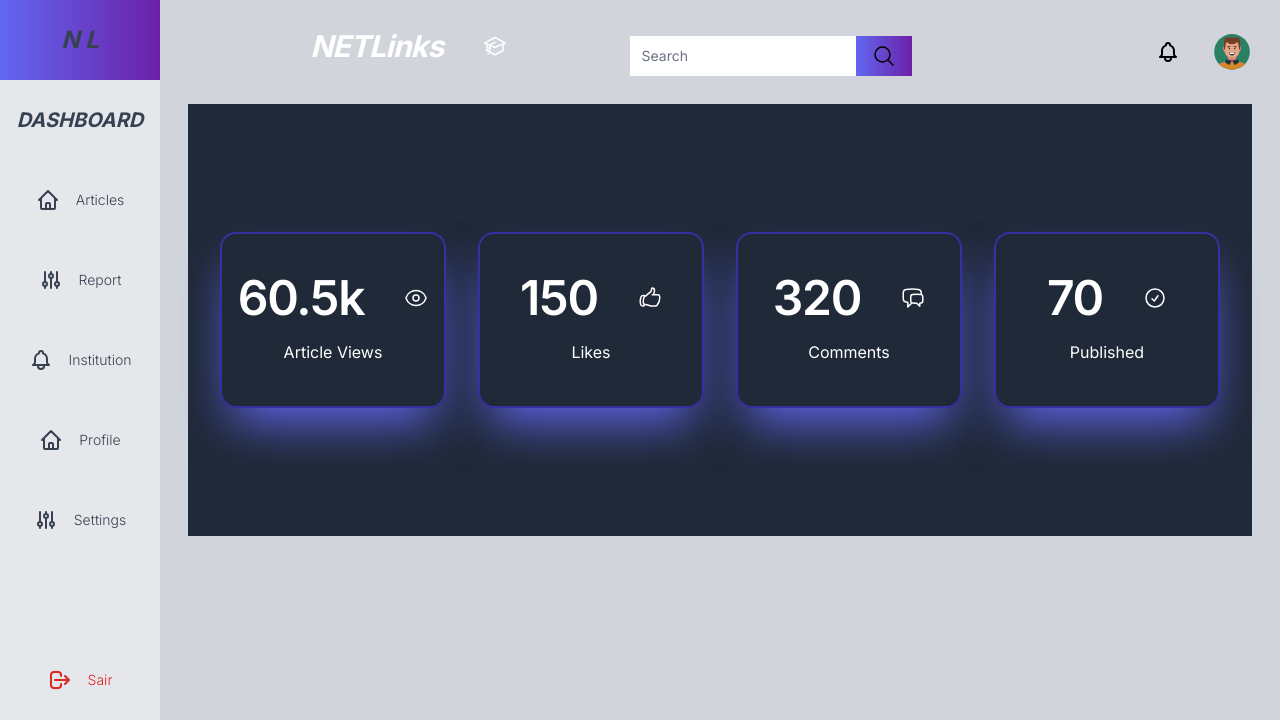
Repository: KennedyWanderson/AdminDashboard
Page: / (app in Code/admindashboard/)
These files come from the project's save history. The page is drawn as it stood at one moment and after the next save; the edit follows.
The browser window is 1280 px wide. The pictures show the whole page.
The project was rebuilt for these pictures with package versions that can differ from the ones it lists, and the page was loaded fresh each time. The framework's server and built-in components were replaced by stand-ins that run in the browser. Also part of the build but not shown: Code/admindashboard/next.config.mjs.

Above is the page before, as saved 2024-06-26 20:12:25.

### Code/admindashboard/src/app/layout.js
import { Inter } from "next/font/google";
import "./globals.css";

const inter = Inter({ subsets: ["latin"] });

export const metadata = {
  title: "Admin Dashboard",
  description: "Generated by Kennedy Wanderson",
};

export default function RootLayout({ children }) {
  return (
    <html lang="en">
      <body className={inter.className}>{children}</body>
    </html>
  );
}

### Code/admindashboard/src/app/page.js
import Layout from "@/components/Layout";

export default function Home() {
  return (
    <Layout>
      Content
    </Layout>
  )
}

### Code/admindashboard/src/components/Layout.jsx
"use client";

import { useState } from "react";
import Content from "./Content";
import Header from "./Header";
import LateralMenu from "./LateralMenu";
import HomePage from "./Home";


export default function Layout() {
    const [activeComponent, setActiveComponent] = useState("HomePage");

    const renderActiveComponent = () => {
        switch (activeComponent) {
            case "HomePage":
                return <HomePage />;
            default:
                return <HomePage />;
        }
    };

    return (
        <div className={`flex h-screen w-screen`}>
            <LateralMenu setActiveComponent={setActiveComponent} />
            <div className={`
                flex flex-col w-full p-7
                bg-gray-300 dark:bg-gray-800
            `}>
                <Header />
                <Content>
                    {renderActiveComponent()}
                </Content>
            </div>
        </div>
    );
}

### Code/admindashboard/src/components/Content.jsx
export default function Content({ children }) {
    return (
        <div className={`
            flex flex-col mt-7
            dark:text-gray-200
        `}>
            {children}
        </div>
    );
}

### Code/admindashboard/src/components/Header.jsx
import AvatarUsuario from "./UserAvatar";
import { IconeAcademic, IconeSearch, IconeSino } from "./icons";

export default function Header({ titulo, subtitulo }) {


    return (
        <div className={`flex`}>
            <div>
                <h1 className={`
                font-black text-3xl
                text-gray-900 dark:text-gray-100
            `}>
                    {titulo}
                </h1>
                <h2 className={`
                font-light text-sm
                dark:text-gray-300
            `}>
                    {subtitulo}
                </h2>
            </div>
            <header className="flex flex-grow justify-center text-white">
                <nav className=" justify-center" aria-label="Global">
                    <div className="hidden lg:flex lg:gap-x-12">
                        <a href="#" className="order-first text-xl font-bold flex items-center gap-10 italic tracking-tight text-white sm:text-3xl">NETLinks {IconeAcademic}</a>
                    </div>
                </nav>
            </header>

                <div className="relative mt-2 ">
                    <div className=" absolute inset-y-0 left-0 flex items-center pl-3">
                        <span className="text-gray-500 sm:text-sm">Search </span>
                    </div>
                    <input
                        type="text"
                        name="search"
                        id="search"
                        className="w-full rounded-none py-2 px-6"
                    >

                    </input>
                    <div className="absolute inset-y-0 px-4 right-0 flex items-center bg-gradient-to-r from-indigo-500 to-purple-800 cursor-pointer">
                        {IconeSearch}
                    </div>
                </div>


            <div className={`flex flex-grow justify-end items-center gap-8`}>

                {IconeSino}
                <AvatarUsuario />
            </div>
        </div>
    )
}

### Code/admindashboard/src/components/LateralMenu.jsx
"use client";

import MenuItem from "./ItemMenu";
import { IconeAjustes, IconeCasa, IconeSair, IconeSino } from "./icons";

export default function LateralMenu({ setActiveComponent }) {
    return (
        <aside className={`
            flex flex-col items-center
            bg-gray-200 text-gray-700
            dark:bg-gray-900
        `}>
            <div className={`
                flex flex-col items-center justify-center font-bold italic text-2xl
                bg-gradient-to-r from-indigo-500 to-purple-800
                h-20 w-40
            `}>
                N L
            </div>
            <div className="flex items-center justify-center w-full h-20 bg-">
                <h4 className="font-bold italic text-xl
                text-gradient-to-r from-indigo-500 to-purple-800
                ">DASHBOARD</h4>
            </div>

            <ul className="flex-grow">

                <MenuItem
                    texto="Articles"
                    icone={IconeCasa}
                    onClick={() => setActiveComponent('HomePage')}
                />
                <MenuItem
                    texto="Report"
                    icone={IconeAjustes}
                    onClick={() => setActiveComponent('Ajustes')}
                />
                <MenuItem
                    texto="Institution"
                    icone={IconeSino}
                    onClick={() => setActiveComponent('Notificacoes')}
                />
                                <MenuItem
                    texto="Profile"
                    icone={IconeCasa}
                    onClick={() => setActiveComponent('HomePage')}
                />
                <MenuItem
                    texto="Settings"
                    icone={IconeAjustes}
                    onClick={() => setActiveComponent('Ajustes')}
                />

            </ul>
            <ul>
                <MenuItem
                    texto="Sair"
                    icone={IconeSair}
                    className={`
                        text-red-600 dark:text-red-400
                        hover:bg-red-400 hover:text-white
                        dark:hover:text-white
                    `}
                />
            </ul>
        </aside>
    );
}

### Code/admindashboard/src/components/Home.jsx
import { IconeCheck, IconeComment, IconeEye, IconeLike } from "./icons";

export default function HomePage() {
    return (
        <div className="py-24 sm:py-32 bg-gray-800">
            <div className="mx-auto max-w-full px-6 lg:px-8">
                <dl className="grid grid-cols-1 gap-x-8 gap-y-16 text-center lg:grid-cols-4">
                    <div className="mx-auto flex items-center max-w-xs flex-col w-full border-2 rounded-2xl shadow-2xl shadow-indigo-500 p-10 border-indigo-800 gap-y-4">
                        <dt className="text-base leading-7 text-white">Article Views</dt>
                        <dd className="order-first flex items-center gap-10 text-3xl font-semibold tracking-tight text-white sm:text-5xl">60.5k {IconeEye}</dd>
                    </div>
                    <div className="mx-auto flex items-center max-w-xs flex-col w-full border-2 rounded-2xl shadow-2xl shadow-indigo-500 p-10 border-indigo-800 gap-y-4">
                        <dt className="text-base leading-7 text-white">Likes</dt>
                        <dd className="order-first text-3xl flex items-center gap-10 font-semibold tracking-tight text-white sm:text-5xl">150 {IconeLike}</dd>
                    </div>
                    <div className="mx-auto flex items-center max-w-xs flex-col w-full border-2 rounded-2xl shadow-2xl shadow-indigo-500 p-10 border-indigo-800 gap-y-4">
                        <dt className="text-base leading-7 text-white">Comments</dt>
                        <dd className="order-first text-3xl flex items-center gap-10 font-semibold tracking-tight text-white sm:text-5xl">320 {IconeComment}</dd>
                    </div>
                    <div className="mx-auto flex items-center max-w-xs flex-col w-full border-2 rounded-2xl shadow-2xl shadow-indigo-500 p-10 border-indigo-800 gap-y-4">
                        <dt className="text-base leading-7 text-white">Published</dt>
                        <dd className="order-first text-3xl flex items-center gap-10 font-semibold tracking-tight text-white sm:text-5xl">70 {IconeCheck}</dd>
                    </div>
                </dl>

                {/* <table className="table-auto w-full mt-8 text-white">
                    <thead>
                        <tr className="">
                            <th className="px-4 py-2 border">Song</th>
                            <th className="px-4 py-2 border">Artist</th>
                            <th className="px-4 py-2 border">Year</th>
                        </tr>
                    </thead>
                    <tbody>
                        <tr className="">
                            <td className="px-4 py-2 border">The Sliding Mr. Bones (Next Stop, Pottersville)</td>
                            <td className="px-4 py-2 border">Malcolm Lockyer</td>
                            <td className="px-4 py-2 border">1961</td>
                        </tr>
                        <tr className="">
                            <td className="px-4 py-2 border">Witchy Woman</td>
                            <td className="px-4 py-2 border">The Eagles</td>
                            <td className="px-4 py-2 border">1972</td>
                        </tr>
                        <tr className="">
                            <td className="px-4 py-2 border">Shining Star</td>
                            <td className="px-4 py-2 border">Earth, Wind, and Fire</td>
                            <td className="px-4 py-2 border">1975</td>
                        </tr>
                        <tr className="">
                            <td className="px-4 py-2 border">The Sliding Mr. Bones (Next Stop, Pottersville)</td>
                            <td className="px-4 py-2 border">Malcolm Lockyer</td>
                            <td className="px-4 py-2 border">1961</td>
                        </tr>
                        <tr className="">
                            <td className="px-4 py-2 border">Witchy Woman</td>
                            <td className="px-4 py-2 border">The Eagles</td>
                            <td className="px-4 py-2 border">1972</td>
                        </tr>
                        <tr className="">
                            <td className="px-4 py-2 border">Shining Star</td>
                            <td className="px-4 py-2 border">Earth, Wind, and Fire</td>
                            <td className="px-4 py-2 border">1975</td>
                        </tr>
                        <tr className="">
                            <td className="px-4 py-2 border">The Sliding Mr. Bones (Next Stop, Pottersville)</td>
                            <td className="px-4 py-2 border">Malcolm Lockyer</td>
                            <td className="px-4 py-2 border">1961</td>
                        </tr>
                        <tr className="">
                            <td className="px-4 py-2 border">Witchy Woman</td>
                            <td className="px-4 py-2 border">The Eagles</td>
                            <td className="px-4 py-2 border">1972</td>
                        </tr>
                        <tr className="">
                            <td className="px-4 py-2 border">Shining Star</td>
                            <td className="px-4 py-2 border">Earth, Wind, and Fire</td>
                            <td className="px-4 py-2 border">1975</td>
                        </tr>
                        <tr className="">
                            <td className="px-4 py-2 border">The Sliding Mr. Bones (Next Stop, Pottersville)</td>
                            <td className="px-4 py-2 border">Malcolm Lockyer</td>
                            <td className="px-4 py-2 border">1961</td>
                        </tr>
                        <tr className="">
                            <td className="px-4 py-2 border">Witchy Woman</td>
                            <td className="px-4 py-2 border">The Eagles</td>
                            <td className="px-4 py-2 border">1972</td>
                        </tr>
                        <tr className="">
                            <td className="px-4 py-2 border">Shining Star</td>
                            <td className="px-4 py-2 border">Earth, Wind, and Fire</td>
                            <td className="px-4 py-2 border">1975</td>
                        </tr>
                        <tr className="">
                            <td className="px-4 py-2 border">The Sliding Mr. Bones (Next Stop, Pottersville)</td>
                            <td className="px-4 py-2 border">Malcolm Lockyer</td>
                            <td className="px-4 py-2 border">1961</td>
                        </tr>
                        <tr className="">
                            <td className="px-4 py-2 border">Witchy Woman</td>
                            <td className="px-4 py-2 border">The Eagles</td>
                            <td className="px-4 py-2 border">1972</td>
                        </tr>
                        <tr className="">
                            <td className="px-4 py-2 border">Shining Star</td>
                            <td className="px-4 py-2 border">Earth, Wind, and Fire</td>
                            <td className="px-4 py-2 border">1975</td>
                        </tr>

                    </tbody>
                </table> */}
            </div>
        </div>
    )
}

### Code/admindashboard/src/components/UserAvatar.jsx


export default function AvatarUsuario({className}) {
    return (
            <img
                src={'/images/avatar.svg'}
                alt="Avatar do Usuário"
                className={`
                    h-10 w-10 rounded-full cursor-pointer
                    ${className}
                `}
            />

    )
}

### Code/admindashboard/src/components/icons/index.jsx
// Pra mais icones acessar... https://heroicons.com/

export const IconeSearch = (
    <svg xmlns="http://www.w3.org/2000/svg" fill="none" viewBox="0 0 24 24" strokeWidth={1.5} stroke="currentColor" className="size-6">
        <path strokeLinecap="round" strokeLinejoin="round" d="m21 21-5.197-5.197m0 0A7.5 7.5 0 1 0 5.196 5.196a7.5 7.5 0 0 0 10.607 10.607Z" />
    </svg>
)

export const IconeAcademic = (
    <svg xmlns="http://www.w3.org/2000/svg" fill="none" viewBox="0 0 24 24" strokeWidth={1.5} stroke="currentColor" className="size-6">
        <path strokeLinecap="round" strokeLinejoin="round" d="M4.26 10.147a60.438 60.438 0 0 0-.491 6.347A48.62 48.62 0 0 1 12 20.904a48.62 48.62 0 0 1 8.232-4.41 60.46 60.46 0 0 0-.491-6.347m-15.482 0a50.636 50.636 0 0 0-2.658-.813A59.906 59.906 0 0 1 12 3.493a59.903 59.903 0 0 1 10.399 5.84c-.896.248-1.783.52-2.658.814m-15.482 0A50.717 50.717 0 0 1 12 13.489a50.702 50.702 0 0 1 7.74-3.342M6.75 15a.75.75 0 1 0 0-1.5.75.75 0 0 0 0 1.5Zm0 0v-3.675A55.378 55.378 0 0 1 12 8.443m-7.007 11.55A5.981 5.981 0 0 0 6.75 15.75v-1.5" />
    </svg>

)

export const IconeComment = (
    <svg xmlns="http://www.w3.org/2000/svg" fill="none" viewBox="0 0 24 24" strokeWidth={1.5} stroke="currentColor" className="size-6">
        <path strokeLinecap="round" strokeLinejoin="round" d="M20.25 8.511c.884.284 1.5 1.128 1.5 2.097v4.286c0 1.136-.847 2.1-1.98 2.193-.34.027-.68.052-1.02.072v3.091l-3-3c-1.354 0-2.694-.055-4.02-.163a2.115 2.115 0 0 1-.825-.242m9.345-8.334a2.126 2.126 0 0 0-.476-.095 48.64 48.64 0 0 0-8.048 0c-1.131.094-1.976 1.057-1.976 2.192v4.286c0 .837.46 1.58 1.155 1.951m9.345-8.334V6.637c0-1.621-1.152-3.026-2.76-3.235A48.455 48.455 0 0 0 11.25 3c-2.115 0-4.198.137-6.24.402-1.608.209-2.76 1.614-2.76 3.235v6.226c0 1.621 1.152 3.026 2.76 3.235.577.075 1.157.14 1.74.194V21l4.155-4.155" />
    </svg>

)

export const IconeCheck = (
    <svg xmlns="http://www.w3.org/2000/svg" fill="none" viewBox="0 0 24 24" strokeWidth={1.5} stroke="currentColor" className="size-6">
        <path strokeLinecap="round" strokeLinejoin="round" d="M9 12.75 11.25 15 15 9.75M21 12a9 9 0 1 1-18 0 9 9 0 0 1 18 0Z" />
    </svg>


)

export const IconeLike = (
    <svg xmlns="http://www.w3.org/2000/svg" fill="none" viewBox="0 0 24 24" strokeWidth={1.5} stroke="currentColor" className="size-6">
        <path strokeLinecap="round" strokeLinejoin="round" d="M6.633 10.25c.806 0 1.533-.446 2.031-1.08a9.041 9.041 0 0 1 2.861-2.4c.723-.384 1.35-.956 1.653-1.715a4.498 4.498 0 0 0 .322-1.672V2.75a.75.75 0 0 1 .75-.75 2.25 2.25 0 0 1 2.25 2.25c0 1.152-.26 2.243-.723 3.218-.266.558.107 1.282.725 1.282m0 0h3.126c1.026 0 1.945.694 2.054 1.715.045.422.068.85.068 1.285a11.95 11.95 0 0 1-2.649 7.521c-.388.482-.987.729-1.605.729H13.48c-.483 0-.964-.078-1.423-.23l-3.114-1.04a4.501 4.501 0 0 0-1.423-.23H5.904m10.598-9.75H14.25M5.904 18.5c.083.205.173.405.27.602.197.4-.078.898-.523.898h-.908c-.889 0-1.713-.518-1.972-1.368a12 12 0 0 1-.521-3.507c0-1.553.295-3.036.831-4.398C3.387 9.953 4.167 9.5 5 9.5h1.053c.472 0 .745.556.5.96a8.958 8.958 0 0 0-1.302 4.665c0 1.194.232 2.333.654 3.375Z" />
    </svg>

)

export const IconeEye = (
    <svg xmlns="http://www.w3.org/2000/svg" fill="none" viewBox="0 0 24 24" strokeWidth={1.5} stroke="currentColor" className="size-6">
        <path strokeLinecap="round" strokeLinejoin="round" d="M2.036 12.322a1.012 1.012 0 0 1 0-.639C3.423 7.51 7.36 4.5 12 4.5c4.638 0 8.573 3.007 9.963 7.178.07.207.07.431 0 .639C20.577 16.49 16.64 19.5 12 19.5c-4.638 0-8.573-3.007-9.963-7.178Z" />
        <path strokeLinecap="round" strokeLinejoin="round" d="M15 12a3 3 0 1 1-6 0 3 3 0 0 1 6 0Z" />
    </svg>
)

export const IconeCasa = (
    <svg xmlns="http://www.w3.org/2000/svg" className="h-6 w-6" fill="none" viewBox="0 0 24 24" stroke="currentColor">
        <path strokeLinecap="round" strokeLinejoin="round" strokeWidth={2} d="M3 12l2-2m0 0l7-7 7 7M5 10v10a1 1 0 001 1h3m10-11l2 2m-2-2v10a1 1 0 01-1 1h-3m-6 0a1 1 0 001-1v-4a1 1 0 011-1h2a1 1 0 011 1v4a1 1 0 001 1m-6 0h6" />
    </svg>
)

export const IconeAjustes = (
    <svg xmlns="http://www.w3.org/2000/svg" className="h-6 w-6" fill="none" viewBox="0 0 24 24" stroke="currentColor">
        <path strokeLinecap="round" strokeLinejoin="round" strokeWidth={2} d="M12 6V4m0 2a2 2 0 100 4m0-4a2 2 0 110 4m-6 8a2 2 0 100-4m0 4a2 2 0 110-4m0 4v2m0-6V4m6 6v10m6-2a2 2 0 100-4m0 4a2 2 0 110-4m0 4v2m0-6V4" />
    </svg>
)

export const IconeSino = (
    <svg xmlns="http://www.w3.org/2000/svg" className="h-6 w-6" fill="none" viewBox="0 0 24 24" stroke="currentColor">
        <path strokeLinecap="round" strokeLinejoin="round" strokeWidth={2} d="M15 17h5l-1.405-1.405A2.032 2.032 0 0118 14.158V11a6.002 6.002 0 00-4-5.659V5a2 2 0 10-4 0v.341C7.67 6.165 6 8.388 6 11v3.159c0 .538-.214 1.055-.595 1.436L4 17h5m6 0v1a3 3 0 11-6 0v-1m6 0H9" />
    </svg>
)

export const IconeSair = (
    <svg xmlns="http://www.w3.org/2000/svg" className="h-6 w-6" fill="none" viewBox="0 0 24 24" stroke="currentColor">
        <path strokeLinecap="round" strokeLinejoin="round" strokeWidth={2} d="M17 16l4-4m0 0l-4-4m4 4H7m6 4v1a3 3 0 01-3 3H6a3 3 0 01-3-3V7a3 3 0 013-3h4a3 3 0 013 3v1" />
    </svg>
)

export const IconeSol = (tamanho = 6) => (
    <svg xmlns="http://www.w3.org/2000/svg" className={`h-${tamanho} w-${tamanho}`} fill="none" viewBox="0 0 24 24" stroke="currentColor">
        <path strokeLinecap="round" strokeLinejoin="round" strokeWidth={2} d="M12 3v1m0 16v1m9-9h-1M4 12H3m15.364 6.364l-.707-.707M6.343 6.343l-.707-.707m12.728 0l-.707.707M6.343 17.657l-.707.707M16 12a4 4 0 11-8 0 4 4 0 018 0z" />
    </svg>
)

export const IconeLua = (tamanho = 6) => (
    <svg xmlns="http://www.w3.org/2000/svg" className={`h-${tamanho} w-${tamanho}`} fill="none" viewBox="0 0 24 24" stroke="currentColor">
        <path strokeLinecap="round" strokeLinejoin="round" strokeWidth={2} d="M20.354 15.354A9 9 0 018.646 3.646 9.003 9.003 0 0012 21a9.003 9.003 0 008.354-5.646z" />
    </svg>
)

export const IconeAtencao = (tamanho = 1) => (
    <svg xmlns="http://www.w3.org/2000/svg" className={`h-${tamanho} w-${tamanho}`} fill="none" viewBox="0 0 24 24" stroke="currentColor">
        <path strokeLinecap="round" strokeLinejoin="round" strokeWidth={2} d="M12 9v2m0 4h.01m-6.938 4h13.856c1.54 0 2.502-1.667 1.732-3L13.732 4c-.77-1.333-2.694-1.333-3.464 0L3.34 16c-.77 1.333.192 3 1.732 3z" />
    </svg>
)

### Code/admindashboard/src/components/ItemMenu.jsx

export default function MenuItem({ texto, icone, url, className, onClick }) {
    function renderizarLink() {
        return (
            <div className={`
                flex justify-center items-center
                h-20 w-auto gap-4
                dark:text-gray-200
                ${className}
            `}>
                {icone}
                <span className="text-sm font-light">
                    {texto}
                </span>
            </div>
        );
    }

    return (
        <li
            onClick={onClick}
            className={`
                hover:bg-gray-100 dark:hover:bg-gray-800
                cursor-pointer
            `}
        >
            {url ? (
                <a href={url}>
                    {renderizarLink()}
                </a>
            ) : (
                renderizarLink()
            )}
        </li>
    );
}

Loaded but not shown: Code/admindashboard/src/app/globals.css (common file); Code/admindashboard/tailwind.config.js (common file)

After the next save:
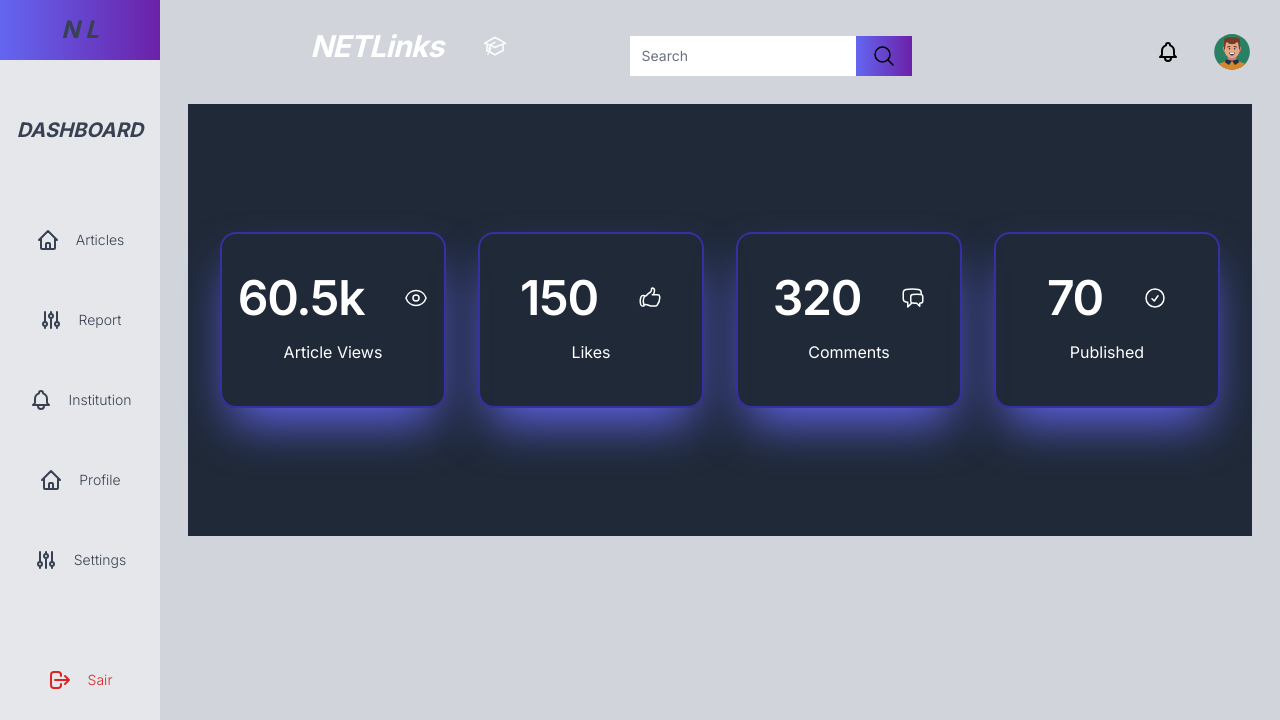
Saved 27 s later.
--- a/Code/admindashboard/src/components/LateralMenu.jsx
+++ b/Code/admindashboard/src/components/LateralMenu.jsx
@@ -6,7 +6,7 @@ import { IconeAjustes, IconeCasa, IconeSair, IconeSino } from "./icons";
 export default function LateralMenu({ setActiveComponent }) {
     return (
         <aside className={`
-            flex flex-col items-center
+            flex flex-col items-center gap-10
             bg-gray-200 text-gray-700
             dark:bg-gray-900
         `}>
